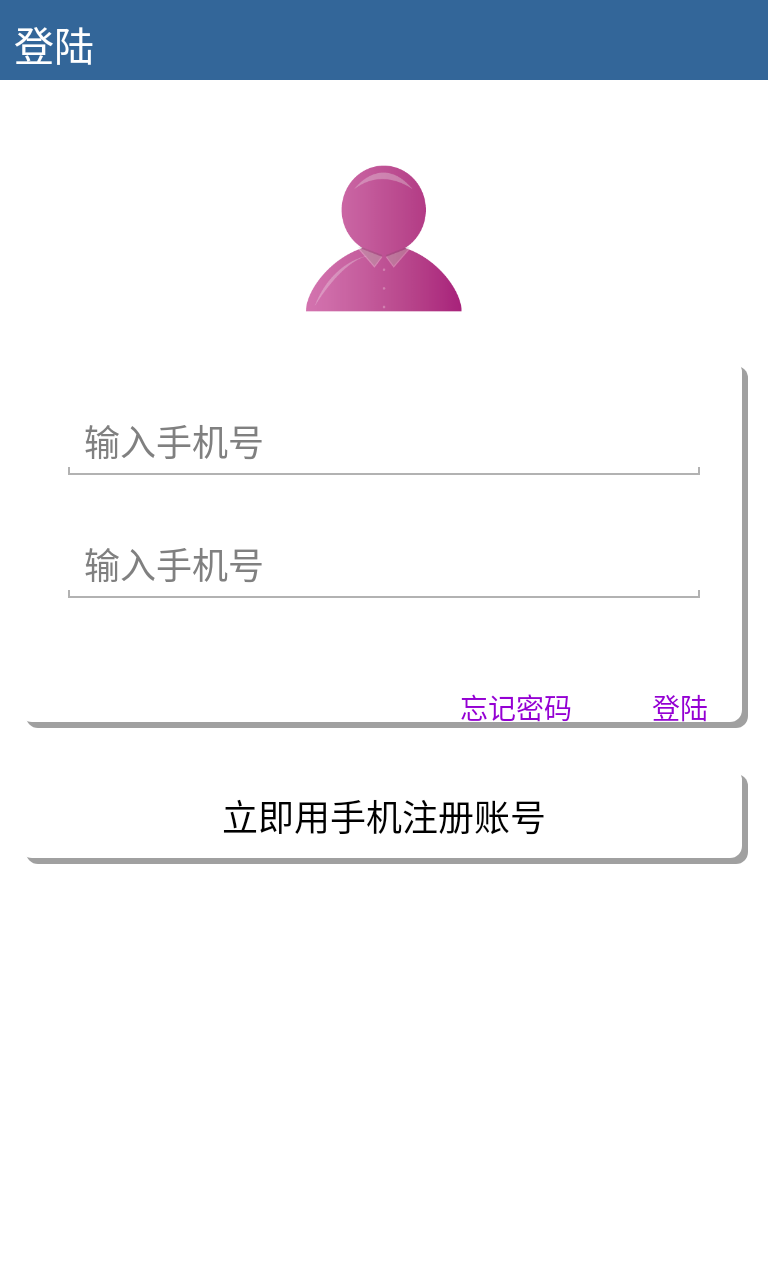
Repository: mrhanliang/Android_4.2
Layout: Android_Level_work/res/layout/activity_main.xml
These files come from the project's save history. The layout is drawn as it stood at one moment and after the next save; the edit follows.
It is drawn on a 768 x 1280 px phone screen (xhdpi) without system bars, with theme AppTheme; the app's code is not run.

Above is the layout before, as saved 2015-12-05 14:04:17.

After the next save:
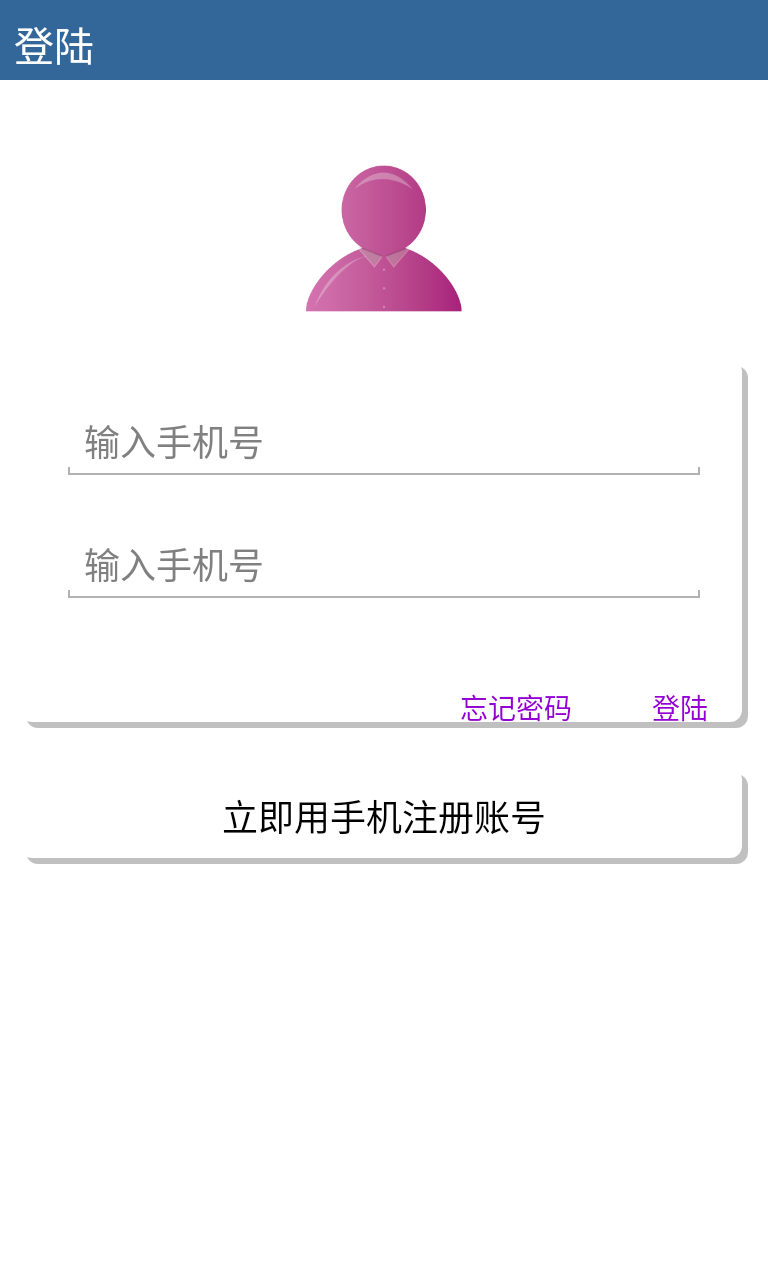
Saved 38 s later.
--- a/Android_Level_work/res/drawable-v14/html.xml
+++ b/Android_Level_work/res/drawable-v14/html.xml
@@ -11,8 +11,8 @@
             <gradient
                 android:angle="270"
 
-                android:endColor="#5f000000"
-                android:startColor="#5f000000" />
+                android:endColor="#3f000000"
+                android:startColor="#3f000000" />
 
             <corners
                 android:bottomLeftRadius="6dip"
